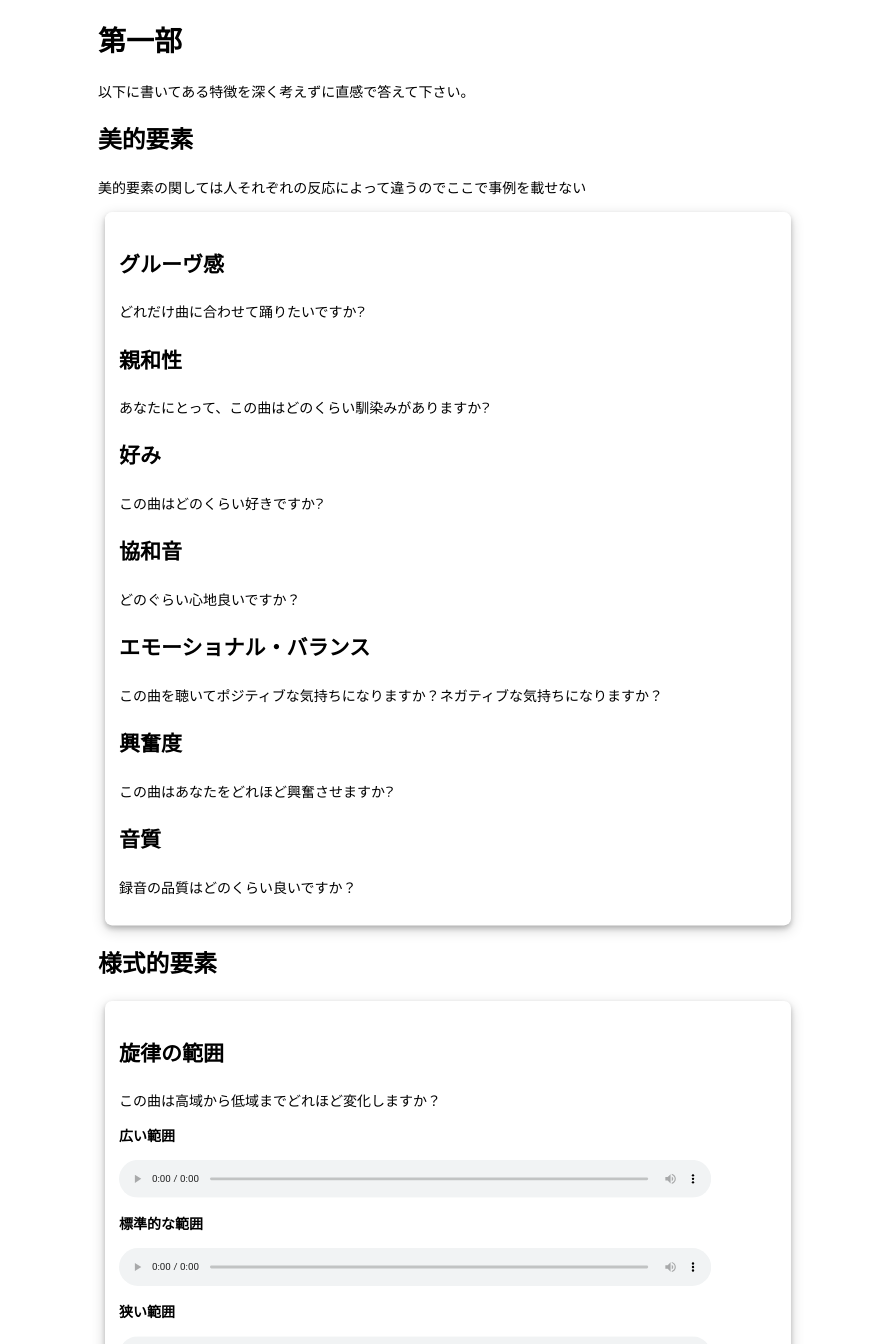
Repository: hideodaikoku/feat-explanation
Page: index.html
The author's editor kept a copy of each file at every save. The page is drawn from the files as they stood at one save, then again after the next save.
The browser window is 1280 px wide. The pictures show the part of the page from y = 0 to 1920 px (the page is 4870 px tall before and 4109 px after), at 70% of full size.

Above is the page before, as saved 2019-09-03 11:57:51.

### index.html
<!DOCTYPE html>
<html lang="en">
<head>
    <meta charset="UTF-8">
    <meta name="viewport" content="width=device-width, initial-scale=1.0">
    <meta http-equiv="X-UA-Compatible" content="ie=edge">
    <link rel="stylesheet" type="text/css" href="index.css">
    <title>Experiment Explanations</title>
</head>
<body>
    <div id="page-container">
        <div class="l-container">
            <h1> 第一部 </h1>
            <p>以下に書いてある特徴を深く考えずに直感で答えて下さい。</p>
            <h2>美的要素</h2>
            <p>美的要素の関しては人それぞれの反応によって違うのでここで事例を載せない</p>
            <div class="l-container-feature">
                <h3>グルーヴ感</h3>
                <p>
                    どれだけ曲に合わせて踊りたいですか?
                </p>

                <h3>親和性</h3>
                <p>
                    あなたにとって、この曲はどのくらい馴染みがありますか?
                </p>

                <h3>好み</h3>
                <p>
                    この曲はどのくらい好きですか?
                </p>

                <h3>協和音</h3>
                <p>
                    どのぐらい心地良いですか？
                </p>

                <h3>エモーショナル・バランス</h3>
                <p>
                    この曲を聴いてポジティブな気持ちになりますか？ネガティブな気持ちになりますか？
                </p>

                <h3>興奮度</h3>
                <p>
                    この曲はあなたをどれほど興奮させますか?
                </p>

                <h3>音質</h3>
                <p>
                    録音の品質はどのくらい良いですか？
                </p>
            </div>

            <h2>様式的要素</h2>
            <div class="l-container-feature">
                <h3>旋律の範囲</h3>
                <p>
                    この曲は高域から低域までどれほど変化しますか？
                </p>
                <p>
                    <strong>広い範囲</strong>
                </p>
                <audio controls="controls">
                    <source src="audio/melodic_high.mp3"/>
                </audio>
                <p>
                    <strong>標準的な範囲</strong>
                </p>
                <audio controls="controls">
                    <source src="audio/melodic_middle.mp3"/>
                </audio>
                <p>
                    <strong>狭い範囲</strong>
                </p>
                <audio controls="controls">
                    <source src="audio/melodic_low.mp3"/>
                </audio>
            </div>
            <div class="l-container-feature">
                <h3>装飾</h3>
                <p>
                    メロディーはどのように装飾されていますか?
                </p>
                <p>
                    <strong>装飾有り</strong>
                </p>
                <audio controls="controls">
                    <source src="audio/ornamentation_high.mp3"/>
                </audio>
                <p>
                    <strong>標準的な装飾</strong>
                </p>
                <audio controls="controls">
                    <source src="audio/ornamentation_medium.mp3"/>
                </audio>
                <p>
                    <strong>装飾なし</strong>
                </p>
                <audio controls="controls">
                    <source src="audio/ornamentation_low.mp3"/>
                </audio>
            </div>
            <div class="l-container-feature">
                <h3>リズム</h3>
                <p>
                    リズムのパターンはどのくらい規則的ですか？
                </p>
                <p>
                    <strong>とても規則的</strong>
                </p>
                <audio controls="controls">
                    <source src="audio/rhythm_regular.mp3"/>
                </audio>
                <p>
                    <strong>規則的</strong>
                </p>
                <audio controls="controls">
                    <source src="audio/rhythm_irregular.mp3"/>
                </audio>
                <p>
                    <strong>非常に不規則</strong>
                </p>
                <audio controls="controls">
                    <source src="audio/rhythm_free.mp3"/>
                </audio>
            </div>
            <div class="l-container-feature">
                    <h3>声の重なり</h3>
                    <p>
                        度合い何人の人が同時に歌ってますか?
                    </p>
                    <p>
                        <strong>ソロ</strong>
                    </p>
                    <audio controls="controls">
                        <source src="audio/texture_solo.mp3"/>
                    </audio>
                    <p>
                        <strong>何人かの歌手</strong>
                    </p>
                    <audio controls="controls">
                        <source src="audio/texture_middle.mp3"/>
                    </audio>
                    <p>
                        <strong>多重の歌手</strong>
                    </p>
                    <audio controls="controls">
                        <source src="audio/texture_group.mp3"/>
                    </audio>
                </div>
            <div class="l-container-feature">
                <h3>喉のテンション</h3>
                <p>
                    喉に力がかかっていますか?
                </p>
                <p>
                    <strong>喉に力がかかってる</strong>
                </p>
                <audio controls="controls">
                    <source src="audio/v_width_narrow.mp3"/>
                </audio>
                <p>
                    <strong>標準的</strong>
                </p>
                <audio controls="controls">
                    <source src="audio/v_width_mid.mp3"/>
                </audio>
                <p>
                    <strong>喉に力がかかっていない</strong>
                </p>
                <audio controls="controls">
                    <source src="audio/v_width_wide.mp3"/>
                </audio>
            </div>
            <div class="l-container-feature">
                <h3>テンポ</h3>
                <p>
                    この曲はどのくらい早いですか?
                </p>
                <p>
                    <strong>早い</strong>
                </p>
                <audio controls="controls">
                    <source src="audio/tempo_fast.mp3"/>
                </audio>
                <p>
                    <strong>標準的</strong>
                </p>
                <audio controls="controls">
                    <source src="audio/tempo_moderate.mp3"/>
                </audio>
                <p>
                    <strong>遅い</strong>
                </p>
                <audio controls="controls">
                    <source src="audio/tempo_slow.mp3"/>
                </audio>
            </div>
        </div>
        <footer>
            <small>Keio University Shonan Fujisawa Campus</small>
        </footer>
    </div>
</body>

</html>

### index.css
@import url('https://fonts.googleapis.com/css?family=M+PLUS+Rounded+1c&display=swap');

html {

    width:100%;
    height:100%;
    font-size: 62.5%;
    -webkit-font-smoothing: antialiased;
    -moz-osx-font-smoothing: grayscale;
    padding: unquote('env(safe-area-inset)');
}

body {
    margin:0;
    -webkit-text-size-adjust: 100%;
    position:relative;
    box-sizing: border-box;
    min-height:100%;
}

h1, h2, h3, p{
    font-family: 'M Plus Rounded 1c', sans-serif;
}

h1{
    font-size: 4rem;
}
h2{
    font-size: 3.4rem;
}
h3{
    font-size: 3rem;
}
p{
    font-size: 2rem;
    font-weight: 100;
}
.l-container{
    margin: 0 auto;
    width: 100em;
    padding-bottom: 5em;
}
.l-container-feature{
    margin: 1em;
    padding: 2em;
    border-radius: 1em;
    box-shadow: .0 4px 8px 0 rgba(0, 0, 0, 0.2), 0 6px 20px 0 rgba(0, 0, 0, 0.19);
}

#page-container {
    position: relative;
    min-height: 100vh;
}

button{
    border: none;
    border-radius: 1em;
    box-shadow: none;
    width: 10em;
    height: 5em;
    margin: 0 auto;
    display: block;
    background-color: rgb(46, 109, 136);

}
button:hover{
    opacity: 0.6;
}
p.button{
    color: white;
    margin: 0 auto;
}
footer{
    position: absolute;
    bottom: 0;
    width: 100%;
    height: 2em;
    padding-top: 1em;
    text-align: center;
}
audio{
    width: 90%;
    margin: 0 auto;
    /* display: block; */
    border-radius: 2em;
}

After the next save:
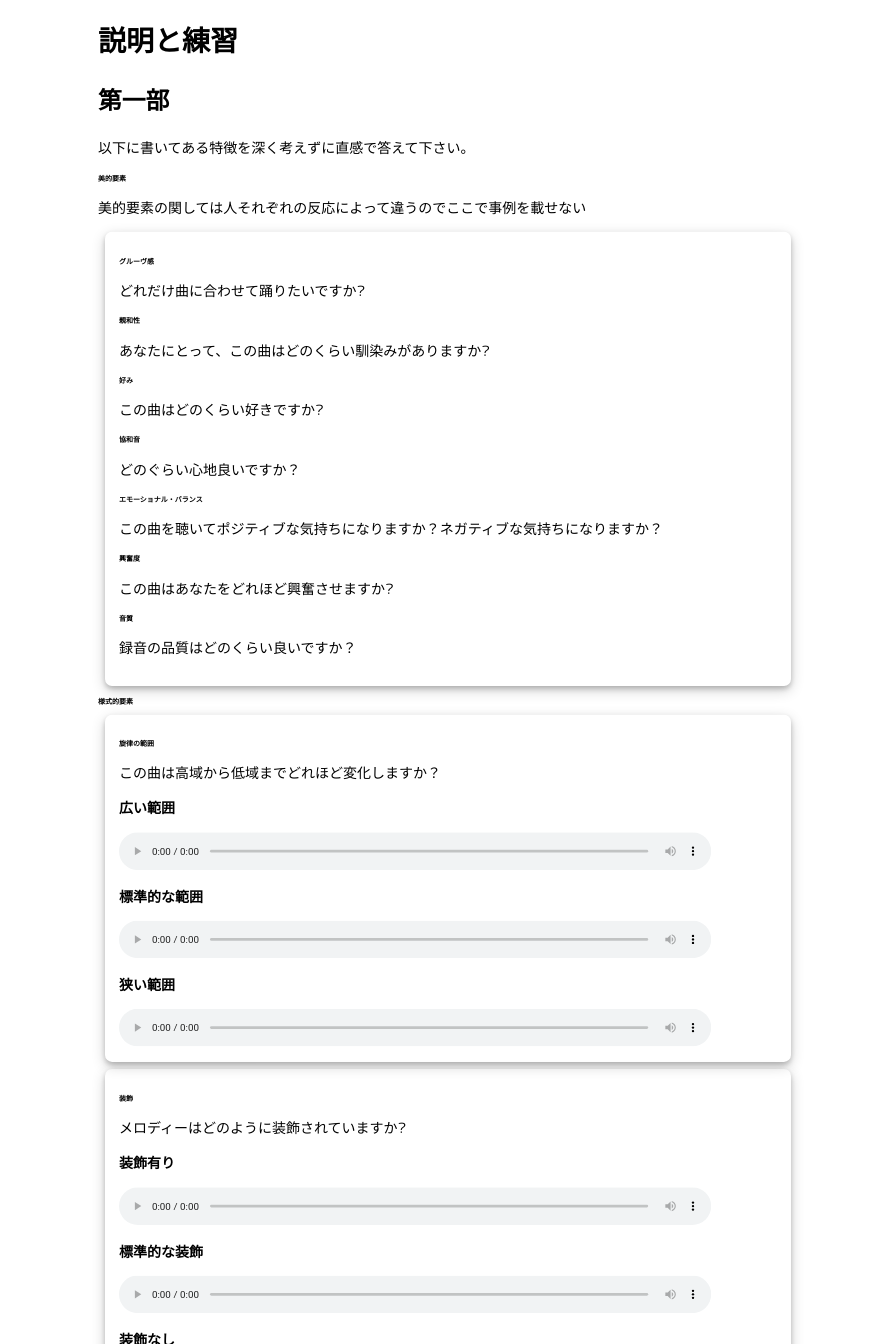
Saved 23 h 14 min later.
--- a/index.html
+++ b/index.html
@@ -10,50 +10,51 @@
 <body>
     <div id="page-container">
         <div class="l-container">
-            <h1> 第一部 </h1>
+            <h1>説明と練習</h1>
+            <h2> 第一部 </h2>
             <p>以下に書いてある特徴を深く考えずに直感で答えて下さい。</p>
-            <h2>美的要素</h2>
+            <h4>美的要素</h4>
             <p>美的要素の関しては人それぞれの反応によって違うのでここで事例を載せない</p>
             <div class="l-container-feature">
-                <h3>グルーヴ感</h3>
+                <h4>グルーヴ感</h4>
                 <p>
                     どれだけ曲に合わせて踊りたいですか?
                 </p>
 
-                <h3>親和性</h3>
+                <h4>親和性</h4>
                 <p>
                     あなたにとって、この曲はどのくらい馴染みがありますか?
                 </p>
 
-                <h3>好み</h3>
+                <h4>好み</h4>
                 <p>
                     この曲はどのくらい好きですか?
                 </p>
 
-                <h3>協和音</h3>
+                <h4>協和音</h4>
                 <p>
                     どのぐらい心地良いですか？
                 </p>
 
-                <h3>エモーショナル・バランス</h3>
+                <h4>エモーショナル・バランス</h4>
                 <p>
                     この曲を聴いてポジティブな気持ちになりますか？ネガティブな気持ちになりますか？
                 </p>
 
-                <h3>興奮度</h3>
+                <h4>興奮度</h4>
                 <p>
                     この曲はあなたをどれほど興奮させますか?
                 </p>
 
-                <h3>音質</h3>
+                <h4>音質</h4>
                 <p>
                     録音の品質はどのくらい良いですか？
                 </p>
             </div>
 
-            <h2>様式的要素</h2>
-            <div class="l-container-feature">
-                <h3>旋律の範囲</h3>
+            <h4>様式的要素</h4>
+            <div class="l-container-feature">
+                <h4>旋律の範囲</h4>
                 <p>
                     この曲は高域から低域までどれほど変化しますか？
                 </p>
@@ -77,7 +78,7 @@
                 </audio>
             </div>
             <div class="l-container-feature">
-                <h3>装飾</h3>
+                <h4>装飾</h4>
                 <p>
                     メロディーはどのように装飾されていますか?
                 </p>
@@ -101,7 +102,7 @@
                 </audio>
             </div>
             <div class="l-container-feature">
-                <h3>リズム</h3>
+                <h4>リズム</h4>
                 <p>
                     リズムのパターンはどのくらい規則的ですか？
                 </p>
@@ -125,7 +126,7 @@
                 </audio>
             </div>
             <div class="l-container-feature">
-                    <h3>声の重なり</h3>
+                    <h4>声の重なり</h4>
                     <p>
                         度合い何人の人が同時に歌ってますか?
                     </p>
@@ -149,7 +150,7 @@
                     </audio>
                 </div>
             <div class="l-container-feature">
-                <h3>喉のテンション</h3>
+                <h4>喉のテンション</h4>
                 <p>
                     喉に力がかかっていますか?
                 </p>
@@ -173,7 +174,7 @@
                 </audio>
             </div>
             <div class="l-container-feature">
-                <h3>テンポ</h3>
+                <h4>テンポ</h4>
                 <p>
                     この曲はどのくらい早いですか?
                 </p>
